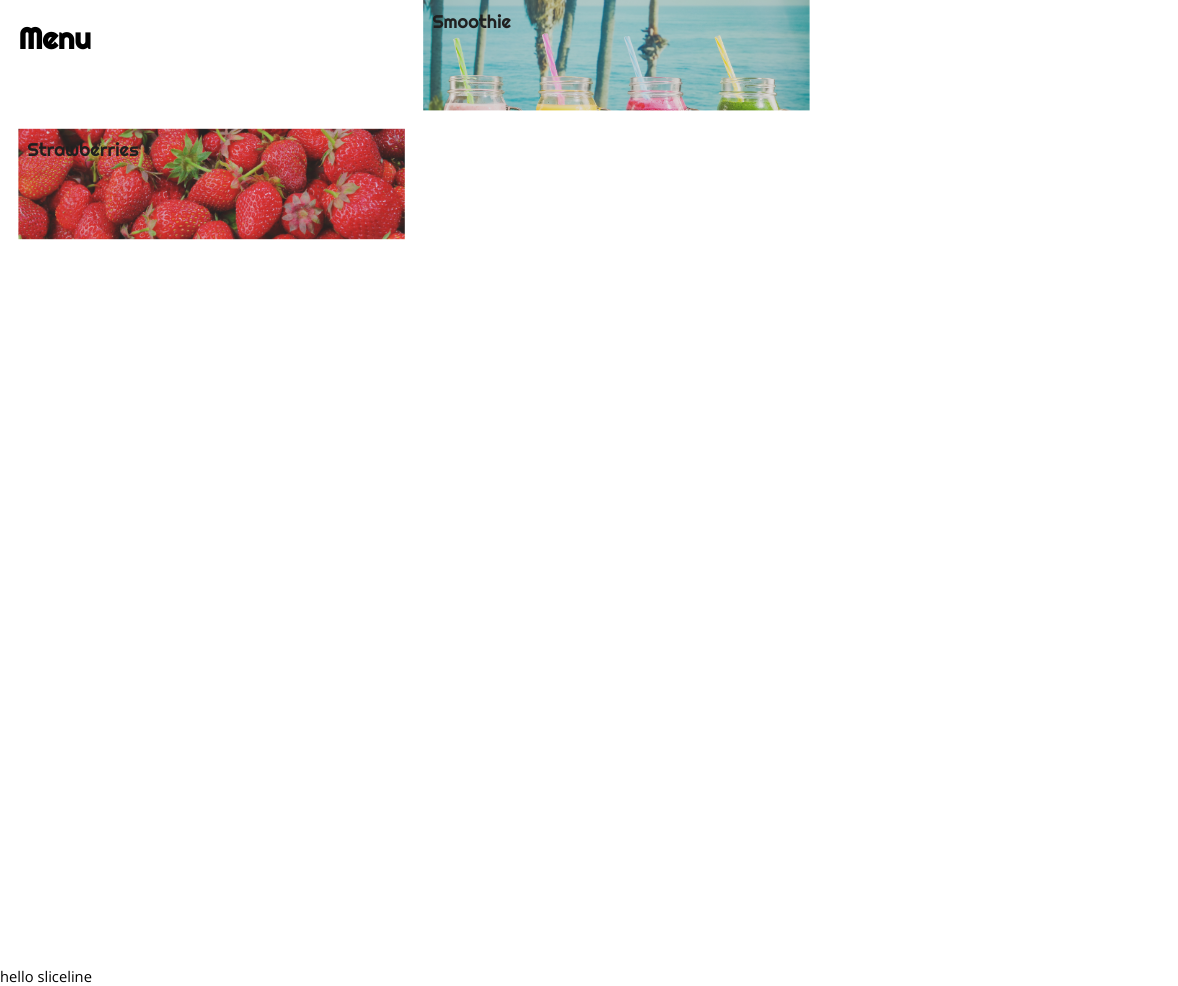
Repository: c0debase/LivingFoods
Page: /
The author's editor kept a copy of each file at every save. The page is drawn from the files as they stood at one save, then again after the next save.
The browser window is 1280 px wide. The pictures show the part of the page from y = 200 to 1293 px (the page is 1272 px tall before and 1293 px after), at 92% of full size.
The project was rebuilt for these pictures with package versions that can differ from the ones it lists, and the page was loaded fresh each time.

Above is the page before, as saved 2021-09-19 15:52:52.

After the next save:
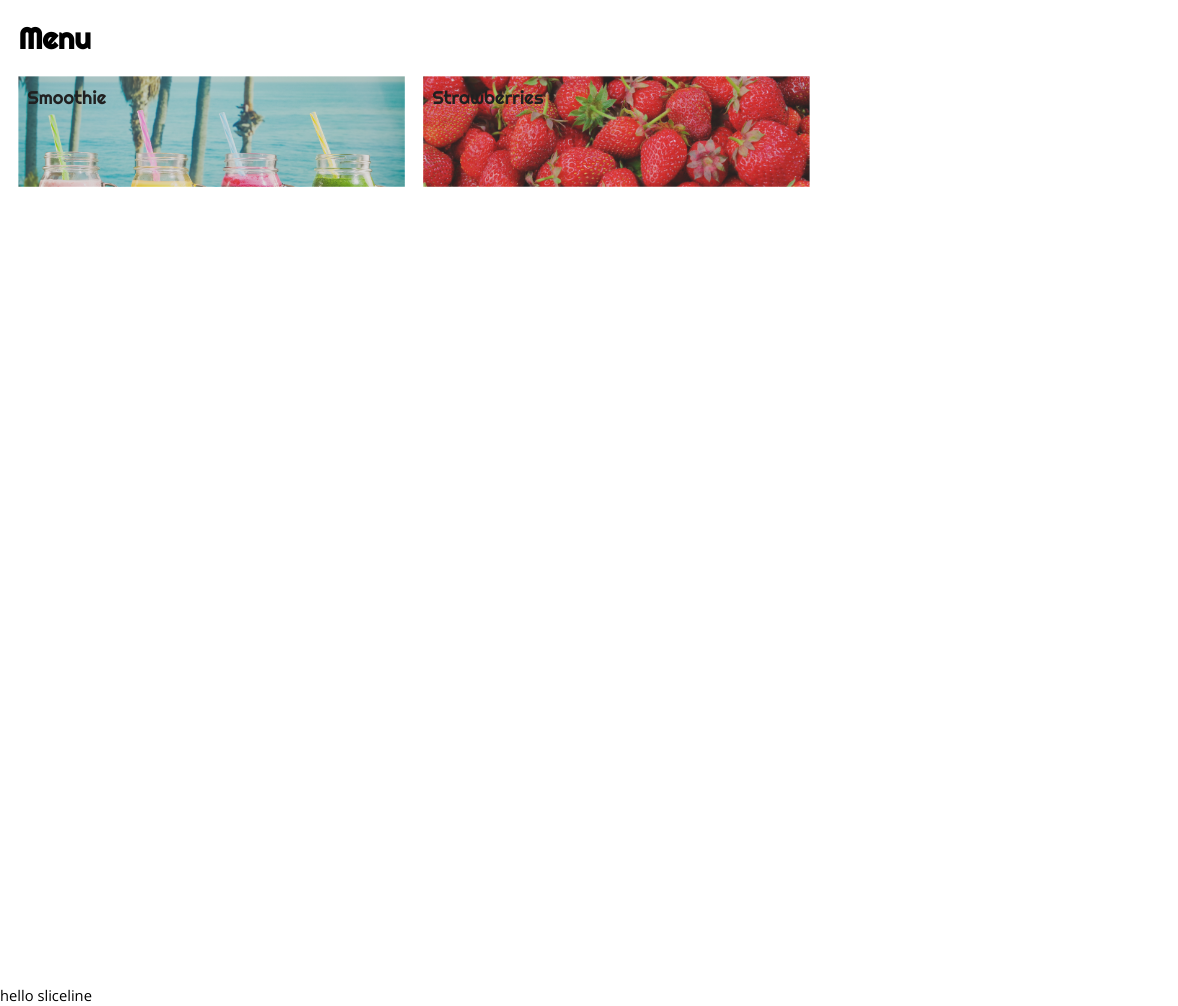
Saved 10 s later.
--- a/src/Menu/Menu.js
+++ b/src/Menu/Menu.js
@@ -10,8 +10,8 @@ const MenuStyled = styled.div`
 
 export function Menu() {
   return <MenuStyled>
+  <h1>Menu</h1>
   <FoodGrid>
-  <h1>Menu</h1>
     {foods.map((food, index) => (
       <Food img={food.img}>{food.name}</Food>
     ))}
